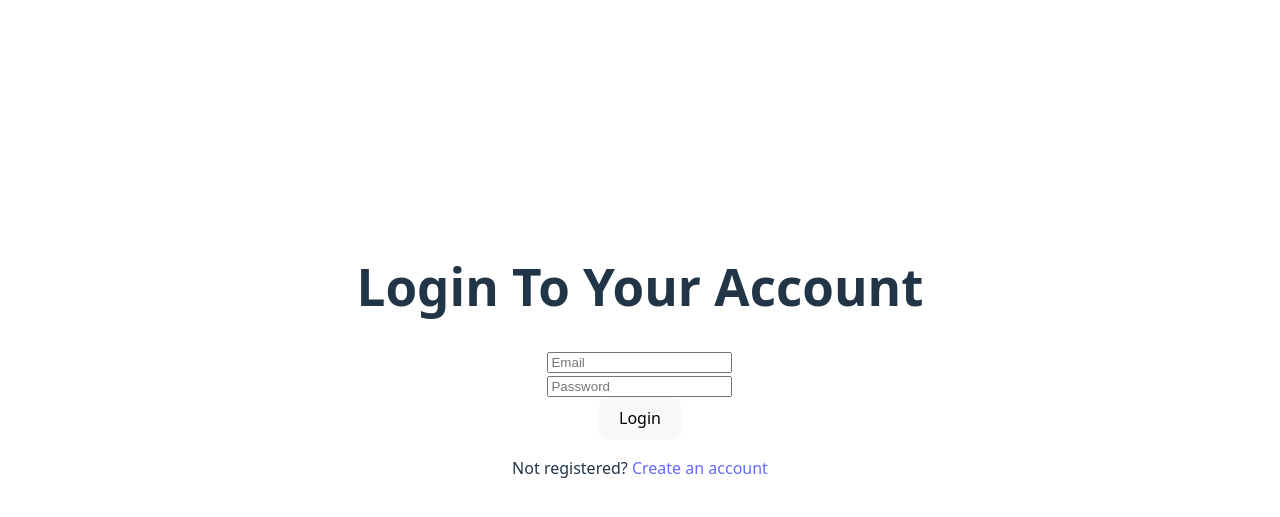
Repository: revathithiruvasagan/cuic26
Page: / (app in testapp/)
These files come from the project's save history. The page is drawn as it stood at one moment and after the next save; the edit follows.
The browser window is 1280 px wide. The pictures show the whole page.
The project was rebuilt for these pictures with package versions that can differ from the ones it lists, and the page was loaded fresh each time. Also part of the build but not shown: testapp/vite.config.js.

Above is the page before, as saved 2025-05-30 20:51:06.

### testapp/src/App.jsx
import { useState } from 'react';
import Login from './components/Login';
import './App.css';

function App() {
  const [user, setUser] = useState(null);

  const handleLoginSuccess = (userData) => {
    setUser(userData);
  };

  const handleLogout = () => {
    setUser(null);
  };

  return (
    <div className="App">
      {!user ? (
        <Login onLoginSuccess={handleLoginSuccess} />
      ) : (
        <div className="dashboard">
          <div className="dashboard-header">
            <h1>Welcome, {user.name || user.email}!</h1>
            <button onClick={handleLogout} className="logout-btn">
              Logout
            </button>
          </div>
          <div className="dashboard-content">
            <div className="user-info">
              <h2>User Information</h2>
              <p><strong>Email:</strong> {user.email}</p>
              <p><strong>User ID:</strong> {user.id}</p>
              <p><strong>Login Time:</strong> {new Date().toLocaleString()}</p>
            </div>
            <div className="login-data">
              <h2>Console Output</h2>
              <p>Check the browser console to see the JSON login data that was logged.</p>
              <code>
                {JSON.stringify(user, null, 2)}
              </code>
            </div>
          </div>
        </div>
      )}
    </div>
  );
}

export default App;

### testapp/src/components/Login.jsx
import { useState } from "react";
import { loginUser, validateEmail } from "../utils/auth";

const Login = () => {
  const [formData, setFormData] = useState({
    email: "",
    password: "",
  });
  const [errors, setErrors] = useState({});
  const [message, setMessage] = useState(null);
  const [loading, setLoading] = useState(false);

  const handleChange = (e) => {
    const { name, value } = e.target;
    setFormData((prev) => ({
      ...prev,
      [name]: value,
    }));

    if (errors[name]) {
      setErrors((prev) => ({
        ...prev,
        [name]: "",
      }));
    }
  };

  const handleBlur = (e) => {
    const { name, value } = e.target;

    if (name === "email" && value && !validateEmail(value)) {
      setErrors((prev) => ({
        ...prev,
        email: "Please enter a valid email address",
      }));
    }
  };

  const handleSubmit = async (e) => {
    e.preventDefault();

    setErrors({});
    setMessage(null);

    // Validation
    const newErrors = {};

    if (!formData.email) {
      newErrors.email = "Email is required";
    } else if (!validateEmail(formData.email)) {
      newErrors.email = "Please enter a valid email address";
    }

    if (!formData.password) {
      newErrors.password = "Password is required";
    } else if (formData.password.length < 6) {
      newErrors.password = "Password must be at least 6 characters";
    }

    if (Object.keys(newErrors).length > 0) {
      setErrors(newErrors);
      return;
    }

    setLoading(true);

    try {
      const result = await loginUser(formData);

      if (result.success) {
        setMessage({ type: "success", text: result.message });

        setFormData({ email: "", password: "" });
      } else {
        setMessage({ type: "error", text: result.message });
      }
    } catch (error) {
      console.error("Login error:", error);
      setMessage({ type: "error", text: "An error occurred during login" });
    } finally {
      setLoading(false);
    }
  };

  return (
    <div className="login-page">
      <div className="login-container">
        <form onSubmit={handleSubmit} noValidate>
          {message && (
            <div className={`alert ${message.type}`}>
              <p>{message.text}</p>
            </div>
          )}

          <h1 className="login-title">Login To Your Account</h1>

          <div className="form-group">
            <input
              type="email"
              name="email"
              value={formData.email}
              onChange={handleChange}
              onBlur={handleBlur}
              className={`form-control ${errors.email ? "error" : ""}`}
              placeholder="Email"
              required
            />
            {errors.email && (
              <div
                className="alert error"
                style={{ marginTop: "0.5rem", marginBottom: 0 }}
              >
                {errors.email}
              </div>
            )}
          </div>

          <div className="form-group">
            <input
              type="password"
              name="password"
              value={formData.password}
              onChange={handleChange}
              className={`form-control ${errors.password ? "error" : ""}`}
              placeholder="Password"
              required
            />
            {errors.password && (
              <div
                className="alert error"
                style={{ marginTop: "0.5rem", marginBottom: 0 }}
              >
                {errors.password}
              </div>
            )}
          </div>

          <div className="form-group">
            <button type="submit" className="login-btn" disabled={loading}>
              {loading && <span className="spinner"></span>}
              {loading ? "Signing In..." : "Login"}
            </button>
          </div>

          <div className="signup-message">
            <p>
              Not registered?{" "}
              <a href="#signup" className="signup-link">
                Create an account
              </a>
            </p>
          </div>
        </form>
      </div>
    </div>
  );
};

export default Login;

### testapp/src/utils/auth.js
// Authentication utility functions
export const validateEmail = (email) => {
  const emailRegex = /^[^\s@]+@[^\s@]+\.[^\s@]+$/;
  return emailRegex.test(email);
};


export const validatePassword = (password) => {
  if (!password) {
    return { isValid: false, message: 'Password is required' };
  }

  if (password.length < 6) {
    return { isValid: false, message: 'Password must be at least 6 characters' };
  }

  if (password.length < 8) {
    return { isValid: true, message: 'Password strength: Weak' };
  }

  const hasUpperCase = /[A-Z]/.test(password);
  const hasLowerCase = /[a-z]/.test(password);
  const hasNumbers = /\d/.test(password);
  const hasSpecialChar = /[!@#$%^&*(),.?":{}|<>]/.test(password);

  const strengthCount = [hasUpperCase, hasLowerCase, hasNumbers, hasSpecialChar].filter(Boolean).length;

  if (strengthCount >= 3) {
    return { isValid: true, message: 'Password strength: Strong' };
  } else if (strengthCount >= 2) {
    return { isValid: true, message: 'Password strength: Medium' };
  } else {
    return { isValid: true, message: 'Password strength: Weak' };
  }
};


export const loginUser = async (credentials) => {

  await new Promise(resolve => setTimeout(resolve, 500));

  //Console log
  console.log('Login Data:', JSON.stringify(credentials, null, 2));

  return {
    success: true,
    message: 'Login data logged to console successfully!'
  };
};

//Log data
export const formatUserData = (user) => {
  const formatted = {
    email: user.email,
    loginTime: new Date().toISOString()
  };


  console.log('Formatted user data:', JSON.stringify(formatted, null, 2));

  return formatted;
};


export const setUserSession = (userData) => {
  console.log('User session data:', JSON.stringify(userData, null, 2));
};


export const clearUserSession = () => {
  console.log('User session cleared at:', new Date().toISOString());
};


export const getUserSession = () => {
  console.log('Getting user session - none stored');
  return null;
};

Loaded but not shown: testapp/index.html (common file); testapp/src/main.jsx (common file); testapp/src/index.css (common file); testapp/src/App.css (common file)

After the next save:
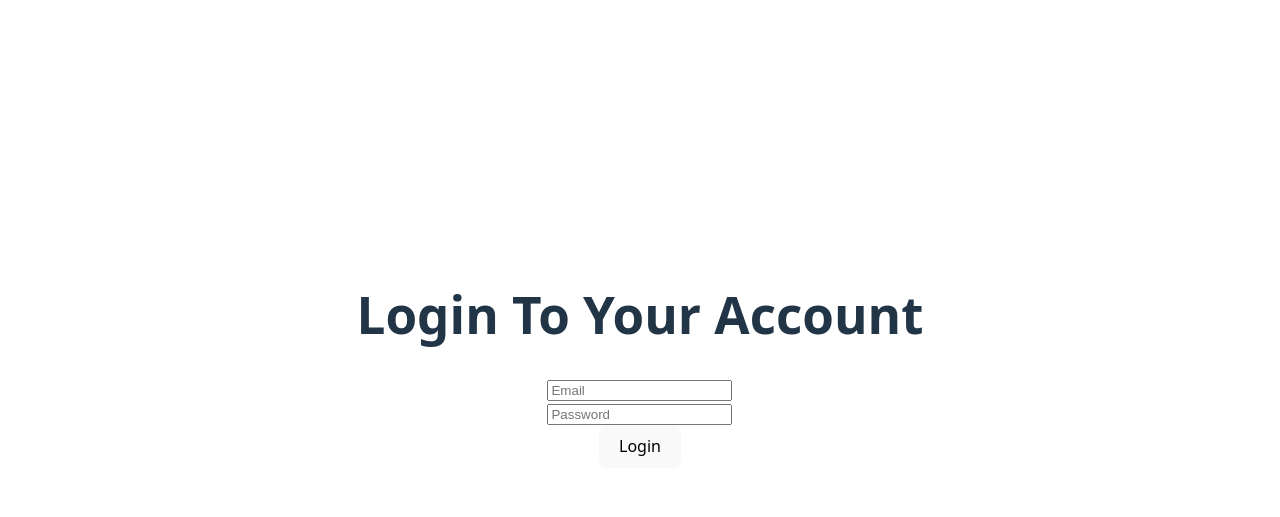
Saved 13 s later.
--- a/testapp/src/components/Login.jsx
+++ b/testapp/src/components/Login.jsx
@@ -142,14 +142,7 @@ const Login = () => {
             </button>
           </div>
 
-          <div className="signup-message">
-            <p>
-              Not registered?{" "}
-              <a href="#signup" className="signup-link">
-                Create an account
-              </a>
-            </p>
-          </div>
+
         </form>
       </div>
     </div>
